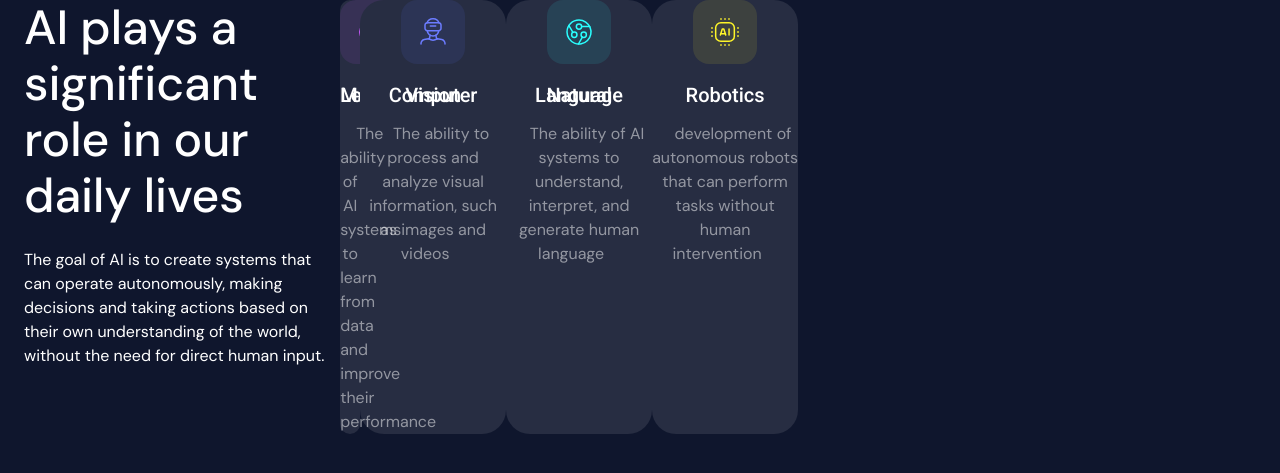
Repository: alphatra/INVO-Academy
Page: / (app in [lvl 1] Sekcja 4 obszarów AI/Starter-code/)
The author's editor kept a copy of each file at every save. The page is drawn from the files as they stood at one save, then again after a run of saves.
The browser window is 1280 px wide. The pictures show the whole page.
The project was rebuilt for these pictures with package versions that can differ from the ones it lists, and the page was loaded fresh each time.

Above is the page before, as saved 2023-02-24 13:15:15.
Console error: TypeError: Cannot read properties of null (reading 'addEventListener')

After the next 2 saves:
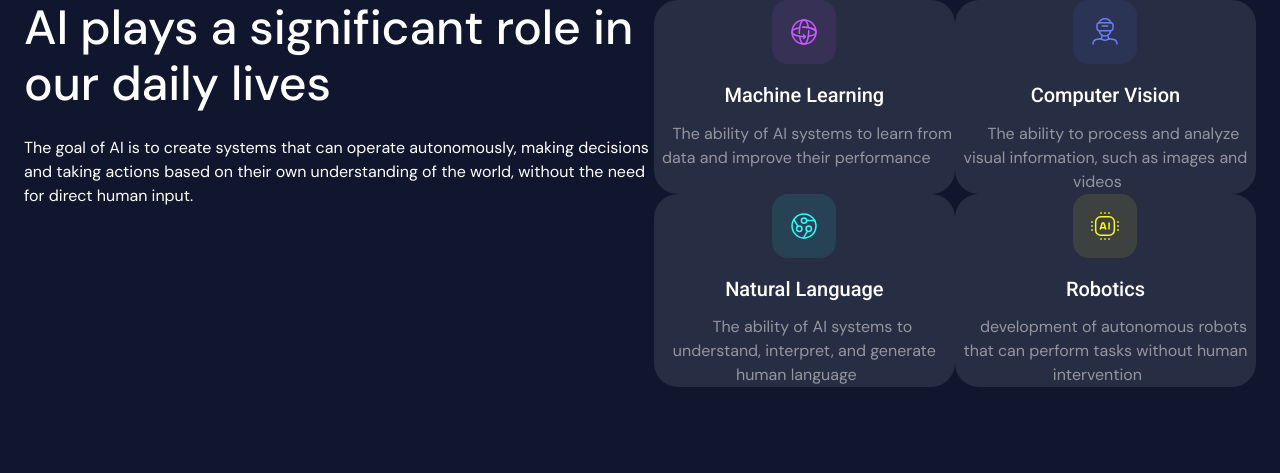
The 2 saves are shown as one change because they came seconds apart.
The last was saved 11 s later.
--- a/[lvl 1] Sekcja 4 obszarów AI/Starter-code/src/pages/home-page/styles/home-page.scss
+++ b/[lvl 1] Sekcja 4 obszarów AI/Starter-code/src/pages/home-page/styles/home-page.scss
@@ -41,7 +41,7 @@
 
     .categories {
         display: grid;
-        grid-template-columns: 20px repeat(6, 1fr) 20px;
+        grid-template-columns: repeat(2, 1fr) ;
 
         .categories__category {
             background: #272D42;
